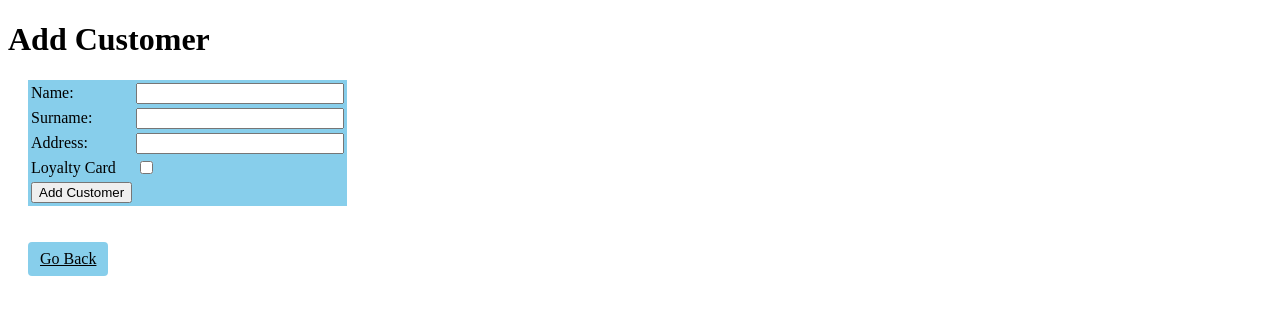
Repository: ieuqirne/Software_Architecture
Page: DE_Store/WebContent/addCustomer.html
These files come from the project's save history. The page is drawn as it stood at one moment and after the next save; the edit follows.
The browser window is 1280 px wide. The pictures show the whole page.

Above is the page before, as saved 2019-11-26 00:41:29.

After the next save:
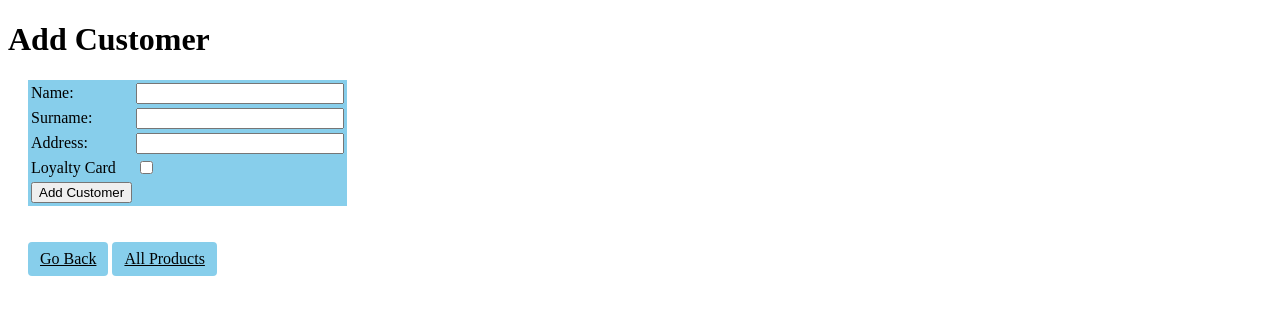
Saved 3 min 6 s later.
--- a/DE_Store/WebContent/addCustomer.html
+++ b/DE_Store/WebContent/addCustomer.html
@@ -34,6 +34,7 @@
 	<div style="margin-left:20px;" class="buttons-container" >
 		<br> <br>
 		<a class="button" href="/DE_Store/welcome.jsp">Go Back</a>
+		<a class="button" href="AllCustomer" >All Products</a>
 	</div>
 	<!--  Complete Interface addCustomer. -->
 </body>
